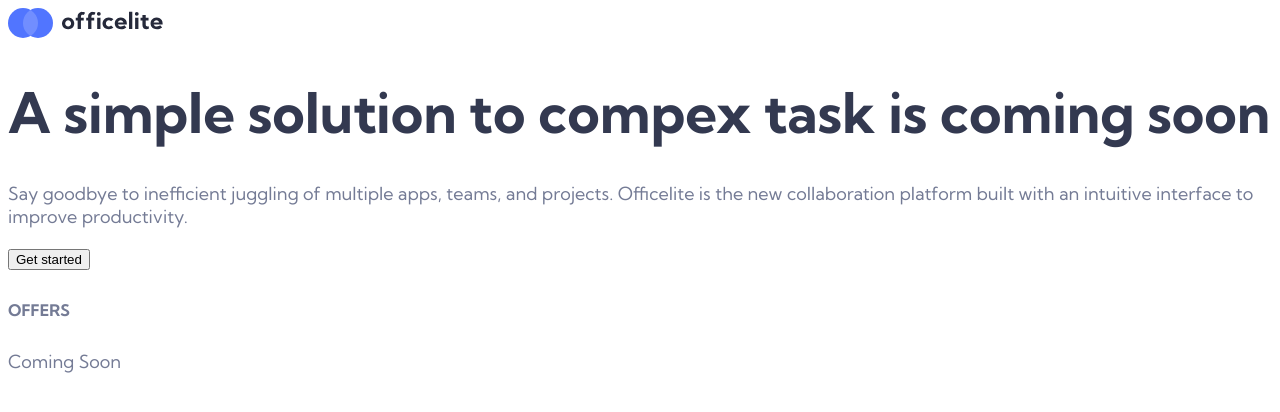
Repository: jodelajo/frontend-css-challenge
Page: index.html
These files come from the project's save history. The page is drawn as it stood at one moment and after the next save; the edit follows.
The browser window is 1280 px wide. The pictures show the whole page.

Above is the page before, as saved 2022-02-28 12:55:19.

### index.html
<!DOCTYPE html>
<html lang="en">
  <head>
    <meta charset="UTF-8" />
    <meta name="viewport" content="width=device-width, initial-scale=1.0" />

    <link
      rel="icon"
      type="image/png"
      sizes="32x32"
      href="./assets/favicon-32x32.png"
    />
    <link rel="preconnect" href="https://fonts.googleapis.com" />
    <link rel="preconnect" href="https://fonts.gstatic.com" crossorigin />
    <link
      href="https://fonts.googleapis.com/css2?family=Kumbh+Sans:wght@400;700&display=swap"
      rel="stylesheet"
    />
    <link href="./index.css" type="text/css" rel="stylesheet" />
    <title>Frontend Mentor | Officelite coming soon site</title>
  </head>
  <body>
    <main>
      <div class="first-block">
        <div>
          <img src="./assets/shared/logo.svg" alt="logo-officelite" />
        </div>
        <h1>A simple solution to compex task is coming soon</h1>
        <p>
          Say goodbye to inefficient juggling of multiple apps, teams, and
          projects. Officelite is the new collaboration platform built with an
          intuitive interface to improve productivity.
        </p>
        <button>Get started</button>
      </div>
      <h3>Offers</h3>
      <div>Coming Soon</div>
    </main>
  </body>
</html>

### index.css
:root {
  --colors-blue: #5175ff;
  --colors-dark: #333950;
  --colors-grey: #747b95;
  --colors-light-blue: #829cff;
  --colors-blackblue: #25293a;
  --colors-red: #f05b5b;
}

body {
  font-family: "Kumbh Sans", sans-serif;
  color: var(--colors-grey);
  font-size: 18px;
  font-weight: 400;
}
h1 {
  font-weight: bold;
  font-size: 56px;
  line-height: 64px;
}
h2 {
  font-weight: bold;
  font-size: 20px;
  line-height: 28px;
}
h3 {
  text-transform: uppercase;
  font-weight: bold;
  font-size: 16px;
  line-height: 48px;
}

.first-block {
  background-image: "./assets/home/bg-pattern-header.svg";
}
.first-block h1 {
  color: var(--colors-dark);
}

### assets/home/bg-pattern-header.svg
<svg width="1134" height="1134" xmlns="http://www.w3.org/2000/svg"><g fill="none" fill-rule="evenodd"><circle stroke="#747B95" opacity=".25" cx="567" cy="567" r="355.5"/><circle stroke="#747B95" opacity=".25" cx="567" cy="567" r="566.5"/><circle stroke="#747B95" opacity=".25" cx="567" cy="567" r="282.5"/><g transform="translate(88 549)" fill="#D8DAE0"><circle cx="196" cy="9" r="9"/><circle cx="596" cy="354" r="9"/><circle cx="9" cy="336" r="9"/></g></g></svg>

After the next save:
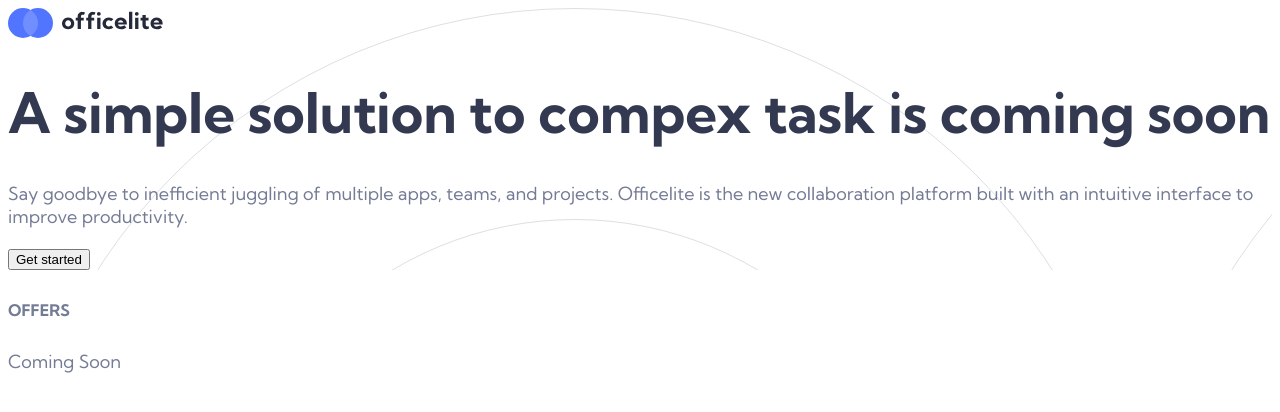
Saved 50 s later.
--- a/index.css
+++ b/index.css
@@ -31,7 +31,7 @@
 }
 
 .first-block {
-  background-image: "./assets/home/bg-pattern-header.svg";
+  background-image: url("./assets/home/bg-pattern-header.svg");
 }
 .first-block h1 {
   color: var(--colors-dark);
